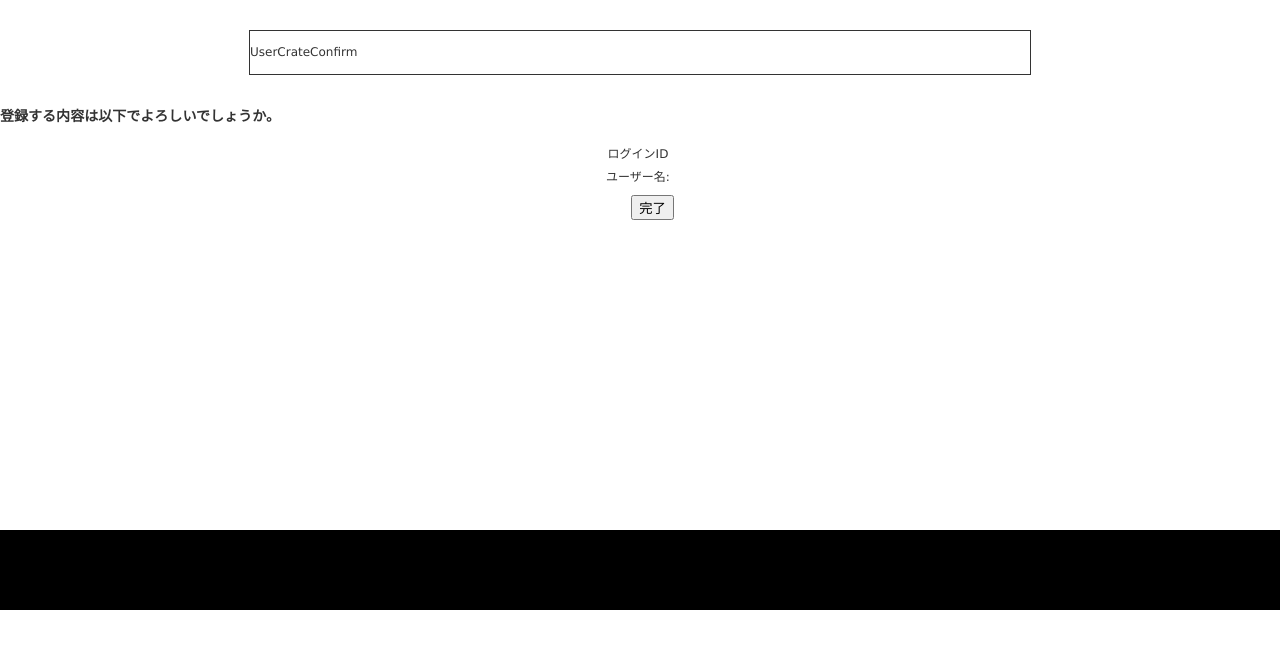
Repository: hiroki811/test
Page: http://localhost/template/userCreateConfirm.jsp
These files come from the project's save history. The page is drawn as it stood at one moment and after the next save; the edit follows.
The browser window is 1280 px wide. The pictures show the whole page.
The page is served by Tomcat 9. Other server files are loaded and not shown.

Above is the page before, as saved 2018-04-17 06:34:14.

### template/WebContent/userCreateConfirm.jsp
<%@ page language="java" contentType="text/html; charset=UTF-8"
	pageEncoding="UTF-8"%>
<%@ taglib prefix="s" uri="/struts-tags"%>
<!DOCTYPE html >
<html>
<head>
<meta http-equiv="Content-Type" content="text/html; charset=utf-8" />
<meta http-equiv="Content-Style-Types" content="text/css" />
<meta http-equiv="Content-Script-Type" content="text/javascript" />
<meta http-equiv="imagetoolbar" content="no" />
<meta name="desciption" content="" />
<meta name="keywords" content="" />
<title>UserCreateCofirm画面</title>
<style type="text/css">

/*==============TAG LAYOUT================*/
body {
	margin: 0;
	padding: 0;
	line-height:1.6;
	leter-spacing: 1px;
	font-family: Verdana, Helvetica, sans-serif;
	font-size: 12px;
	color: #333;
	background: #fff;
}

table {
	text-align: center;
	margin: 0 auto;
}

/*==================ID LAYOUT====================*/
#top {
	width: 780px;
	margin: 30px auto;
	border: 1px solid #333;
}

#main {
	width: 100%;
	height: 500px;
	tex-align: center;
}

#fotter {
	width: 100%;
	height: 80px;
	background-color: black;
	clear: both;
}
</style>

</head>
<body>
	<div id="header">
		<div id="pr"></div>
	</div>
	<div id="main">
		<div id="top">
			<p>UserCrateConfirm</p>
		</div>
		<div>
			<h3>登録する内容は以下でよろしいでしょうか。</h3>
			<table>
				<s:form action="UserCreateCompleteAction">
					<tr id="box">
						<td><label>ログインID</label></td>
						<td><s:property value="loginPassword" escape="false" /></td>
					</tr>
					<tr id="box">
						<td><label>ユーザー名:</label></td>
						<td><s:property value="userName" escape="false" /></td>
					</tr>
					<tr>
						<td><s:submit value="完了" /></td>
					</tr>
				</s:form>
			</table>

		</div>
	</div>
	<div id="fotter">
		<div id="pr"></div>
	</div>

</body>
</html>

After the next save:
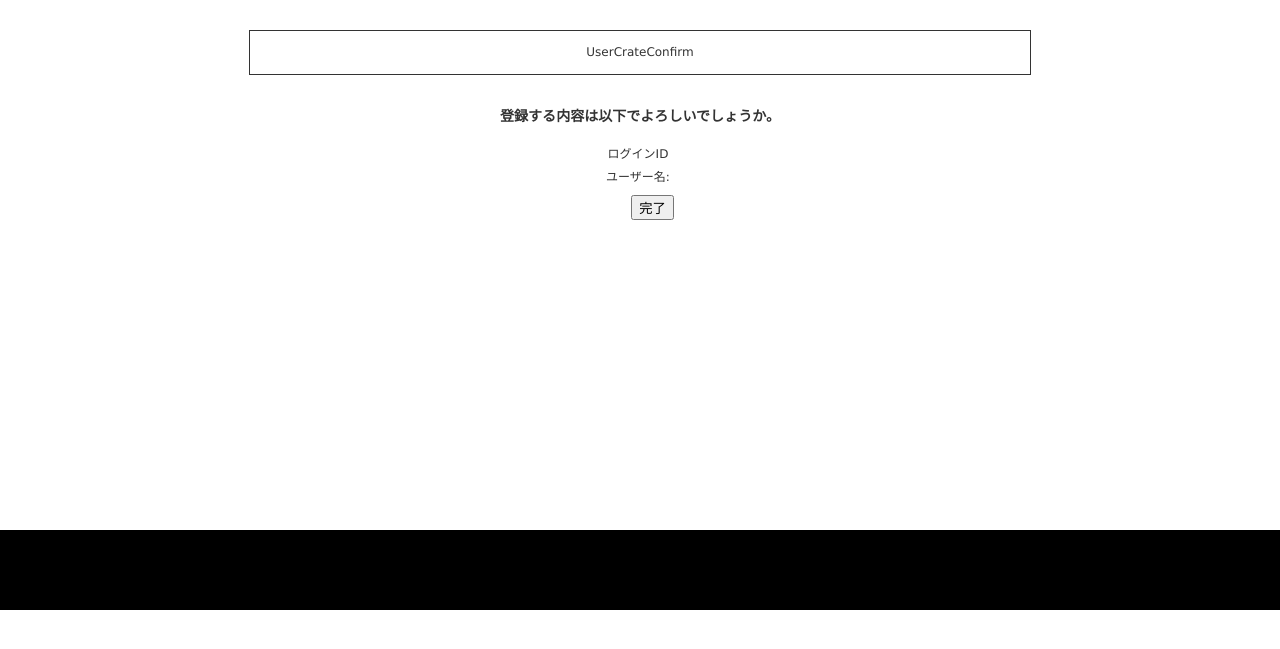
Saved 2 min 54 s later.
--- a/template/WebContent/userCreateConfirm.jsp
+++ b/template/WebContent/userCreateConfirm.jsp
@@ -40,7 +40,7 @@
 #main {
 	width: 100%;
 	height: 500px;
-	tex-align: center;
+	text-align: center;
 }
 
 #fotter {
